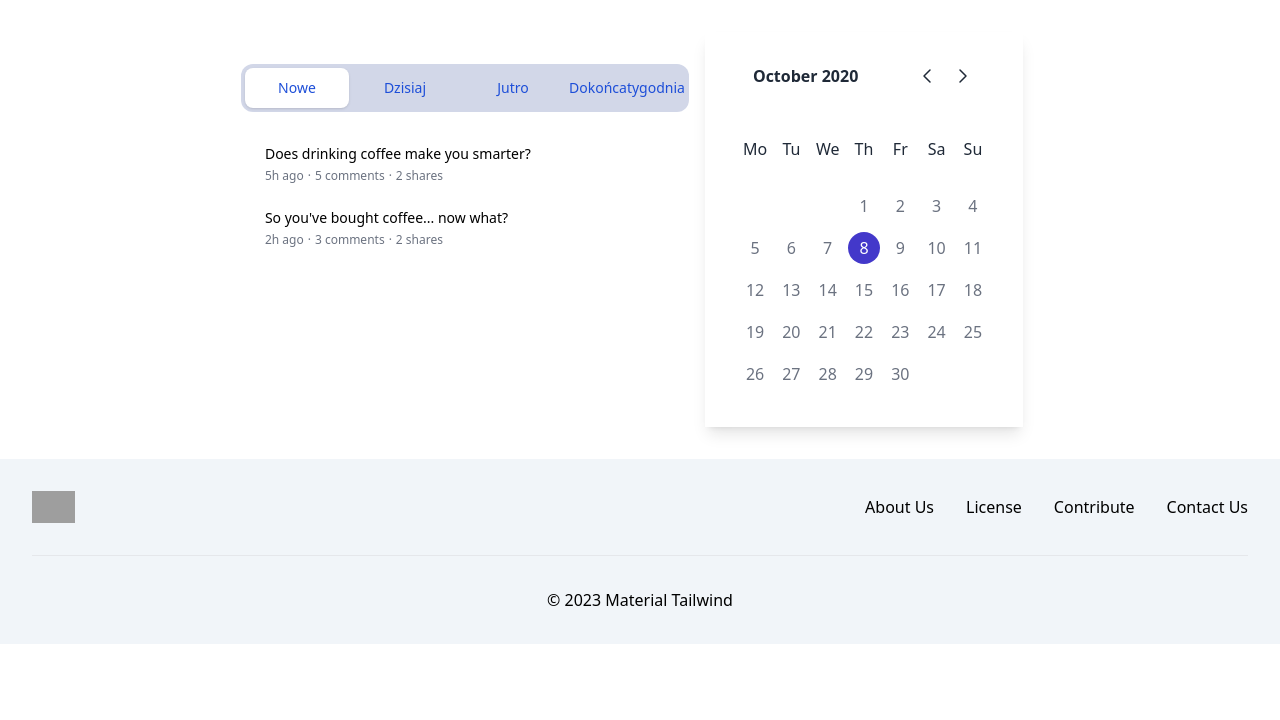
Repository: PrzemyslawJura/my-app
Page: /kalendarz (app in frontend/)
These files come from the project's save history. The page is drawn as it stood at one moment and after the next save; the edit follows.
The browser window is 1280 px wide. The pictures show the whole page.
Pictures or frames that could not be fetched are drawn as grey boxes. The project was rebuilt for these pictures with package versions that can differ from the ones it lists, and the page was loaded fresh each time. Also part of the build but not shown: frontend/src/components/Location.jsx, frontend/src/home/Feature.jsx, frontend/src/shared_np_buttony_inputy_kalendarze_itp/PaginationTile.jsx, frontend/src/home/Pagination.jsx, frontend/src/home/Listbox.jsx, frontend/src/home/ListboxTime.jsx, frontend/src/home/StepOne.jsx, frontend/src/home/StepTwo.jsx and 25 more.

Above is the page before, as saved 2023-11-26 22:48:47.

After the next save:
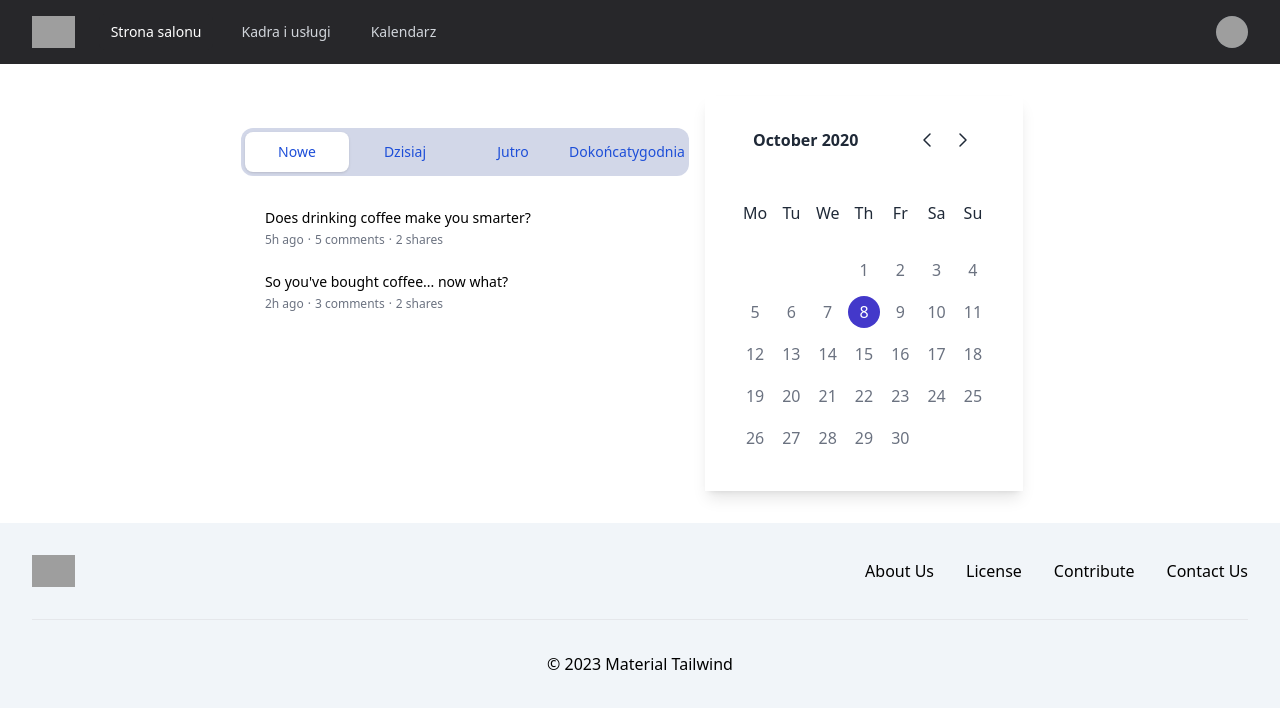
Saved 29 s later.
--- a/frontend/src/biznes/CalendarOfWork.jsx
+++ b/frontend/src/biznes/CalendarOfWork.jsx
@@ -1,9 +1,11 @@
 import Calendar from "../components/Calendar"
 import Tabs from "../components/Tabs"
+import NavbarBiznes from "../core/NavbarBiznes"
 
 export default function CalendarOfWork() {
   return (
     <>
+        <NavbarBiznes/>
         <div className="flex justify-center">
           <Tabs></Tabs>
           <Calendar/>
